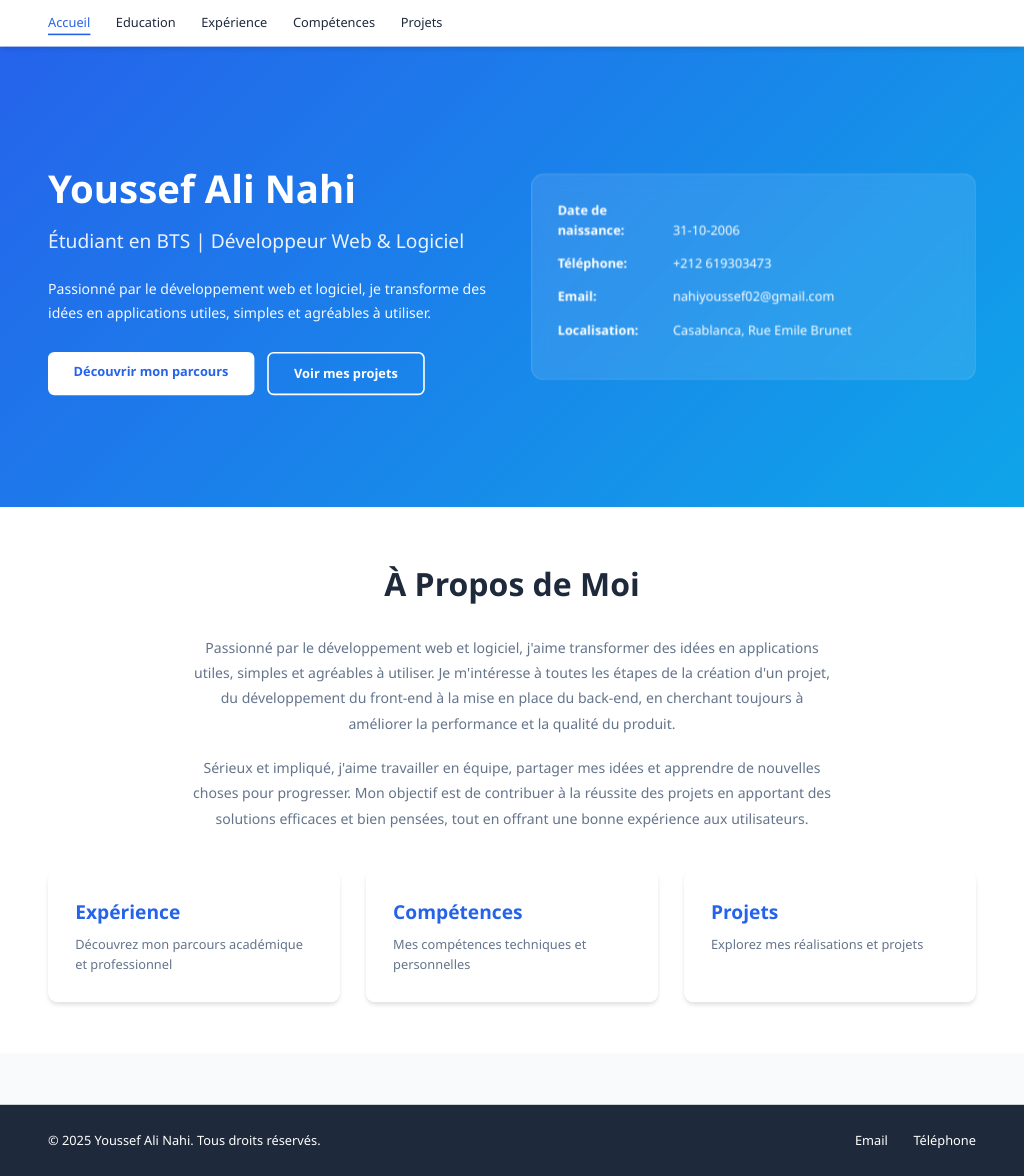
Repository: Youssef-Nahi504/My_Portfolio
Page: index.html
These files come from the project's save history. The page is drawn as it stood at one moment and after the next save; the edit follows.
The browser window is 1280 px wide. The pictures show the whole page, at 80% of full size.

Above is the page before, as saved 2025-12-19 16:10:03.

### index.html
<!DOCTYPE html>
<html lang="fr">
<head>
    <meta charset="UTF-8">
    <meta name="viewport" content="width=device-width, initial-scale=1.0">
    <title>Youssef Ali Nahi - Portfolio</title>
    <link rel="stylesheet" href="style.css">
</head>
<body>
    <nav class="navbar">
        <div class="nav-container">
            <ul class="nav-menu">
                <li><a href="index.html" class="active">Accueil</a></li>
                <li><a href="Education.html">Education</a></li>
                <li><a href="experience.html">Expérience</a></li>
                <li><a href="competences.html">Compétences</a></li>
                <li><a href="projets.html">Projets</a></li>
            </ul>
        </div>
    </nav>

    <main>
        <section class="hero">
            <div class="hero-content">
                <div class="hero-text">
                    <h1>Youssef Ali Nahi</h1>
                    <h2>Étudiant en BTS | Développeur Web & Logiciel</h2>
                    <p class="hero-subtitle">Passionné par le développement web et logiciel, je transforme des idées en applications utiles, simples et agréables à utiliser.</p>
                    <div class="hero-buttons">
                        <a href="experience.html" class="btn btn-primary">Découvrir mon parcours</a>
                        <a href="projets.html" class="btn btn-secondary">Voir mes projets</a>
                    </div>
                </div>
                <div class="hero-image">
                    <div class="profile-card">
                        <div class="profile-info">
                            <p><strong>Date de naissance:</strong> 31-10-2006</p>
                            <p><strong>Téléphone:</strong> +212 619303473</p>
                            <p><strong>Email:</strong> nahiyoussef02@gmail.com</p>
                            <p><strong>Localisation:</strong> Casablanca, Rue Emile Brunet</p>
                        </div>
                    </div>
                </div>
            </div>
        </section>

        <section class="about">
            <div class="container">
                <h2 class="section-title">À Propos de Moi</h2>
                <div class="about-content">
                    <p>
                        Passionné par le développement web et logiciel, j'aime transformer des idées en applications utiles, simples et agréables à utiliser. Je m'intéresse à toutes les étapes de la création d'un projet, du développement du front-end à la mise en place du back-end, en cherchant toujours à améliorer la performance et la qualité du produit.
                    </p>
                    <p>
                        Sérieux et impliqué, j'aime travailler en équipe, partager mes idées et apprendre de nouvelles choses pour progresser. Mon objectif est de contribuer à la réussite des projets en apportant des solutions efficaces et bien pensées, tout en offrant une bonne expérience aux utilisateurs.
                    </p>
                </div>
                <div class="quick-links">
                    <a href="experience.html" class="quick-link-card">
                        <h3>Expérience</h3>
                        <p>Découvrez mon parcours académique et professionnel</p>
                    </a>
                    <a href="competences.html" class="quick-link-card">
                        <h3>Compétences</h3>
                        <p>Mes compétences techniques et personnelles</p>
                    </a>
                    <a href="projets.html" class="quick-link-card">
                        <h3>Projets</h3>
                        <p>Explorez mes réalisations et projets</p>
                    </a>
                </div>
            </div>
        </section>
    </main>

    <footer>
        <div class="container">
            <p>&copy; 2025 Youssef Ali Nahi. Tous droits réservés.</p>
            <div class="footer-links">
                <a href="mailto:nahiyoussef02@gmail.com">Email</a>
                <a href="tel:+212619303473">Téléphone</a>
            </div>
        </div>
    </footer>

    <script src="file.js"></script>
</body>
</html>

### style.css
* {
    margin: 0;
    padding: 0;
    box-sizing: border-box;
}

:root {
    --primary-color: #2563eb;
    --primary-dark: #1e40af;
    --secondary-color: #64748b;
    --accent-color: #0ea5e9;
    --text-dark: #1e293b;
    --text-light: #64748b;
    --bg-light: #f8fafc;
    --bg-white: #ffffff;
    --border-color: #e2e8f0;
    --shadow: 0 4px 6px -1px rgba(0, 0, 0, 0.1), 0 2px 4px -1px rgba(0, 0, 0, 0.06);
    --shadow-lg: 0 10px 15px -3px rgba(0, 0, 0, 0.1), 0 4px 6px -2px rgba(0, 0, 0, 0.05);
}

body {
    font-family: 'Segoe UI', Tahoma, Geneva, Verdana, sans-serif;
    line-height: 1.6;
    color: var(--text-dark);
    background-color: var(--bg-light);
}

.container {
    max-width: 1200px;
    margin: 0 auto;
    padding: 0 20px;
}

/* Navigation */
.navbar {
    background: var(--bg-white);
    box-shadow: var(--shadow);
    position: sticky;
    top: 0;
    z-index: 1000;
    padding: 1rem 0;
}

.nav-container {
    max-width: 1200px;
    margin: 0 auto;
    padding: 0 20px;
    display: flex;
    justify-content: space-between;
    align-items: center;
}

.logo {
    font-size: 1.5rem;
    font-weight: bold;
    color: var(--primary-color);
    letter-spacing: 2px;
}

.nav-menu {
    display: flex;
    list-style: none;
    gap: 2rem;
}

.nav-menu a {
    text-decoration: none;
    color: var(--text-dark);
    font-weight: 500;
    transition: color 0.3s ease;
    position: relative;
}

.nav-menu a:hover,
.nav-menu a.active {
    color: var(--primary-color);
}

.nav-menu a.active::after {
    content: '';
    position: absolute;
    bottom: -5px;
    left: 0;
    width: 100%;
    height: 2px;
    background: var(--primary-color);
}

.hamburger {
    display: none;
    flex-direction: column;
    cursor: pointer;
    gap: 4px;
}

.hamburger span {
    width: 25px;
    height: 3px;
    background: var(--text-dark);
    transition: all 0.3s ease;
}

/* Hero Section */
.hero {
    background: linear-gradient(135deg, var(--primary-color) 0%, var(--accent-color) 100%);
    color: white;
    padding: 4rem 0;
    min-height: 80vh;
    display: flex;
    align-items: center;
}

.hero-content {
    max-width: 1200px;
    margin: 0 auto;
    padding: 0 20px;
    display: grid;
    grid-template-columns: 1fr 1fr;
    gap: 3rem;
    align-items: center;
}

.hero-text h1 {
    font-size: 3rem;
    margin-bottom: 0.5rem;
    font-weight: 700;
}

.hero-text h2 {
    font-size: 1.5rem;
    margin-bottom: 1.5rem;
    opacity: 0.9;
    font-weight: 400;
}

.hero-subtitle {
    font-size: 1.1rem;
    margin-bottom: 2rem;
    opacity: 0.95;
    line-height: 1.8;
}

.hero-buttons {
    display: flex;
    gap: 1rem;
    flex-wrap: wrap;
}

.btn {
    padding: 0.75rem 2rem;
    border-radius: 8px;
    text-decoration: none;
    font-weight: 600;
    transition: all 0.3s ease;
    display: inline-block;
}

.btn-primary {
    background: white;
    color: var(--primary-color);
}

.btn-primary:hover {
    transform: translateY(-2px);
    box-shadow: var(--shadow-lg);
}

.btn-secondary {
    background: transparent;
    color: white;
    border: 2px solid white;
}

.btn-secondary:hover {
    background: white;
    color: var(--primary-color);
}

.profile-card {
    background: rgba(255, 255, 255, 0.1);
    backdrop-filter: blur(10px);
    border-radius: 16px;
    padding: 2rem;
    border: 1px solid rgba(255, 255, 255, 0.2);
}

.profile-info p {
    margin-bottom: 1rem;
    font-size: 1rem;
}

.profile-info strong {
    display: inline-block;
    width: 140px;
}

/* About Section */
.about {
    padding: 4rem 0;
    background: var(--bg-white);
}

.section-title {
    font-size: 2.5rem;
    margin-bottom: 2rem;
    text-align: center;
    color: var(--text-dark);
}

.about-content {
    max-width: 800px;
    margin: 0 auto 3rem;
    text-align: center;
}

.about-content p {
    font-size: 1.1rem;
    color: var(--text-light);
    margin-bottom: 1.5rem;
    line-height: 1.8;
}

.quick-links {
    display: grid;
    grid-template-columns: repeat(auto-fit, minmax(250px, 1fr));
    gap: 2rem;
    margin-top: 3rem;
}

.quick-link-card {
    background: var(--bg-white);
    padding: 2rem;
    border-radius: 12px;
    text-decoration: none;
    color: var(--text-dark);
    box-shadow: var(--shadow);
    transition: all 0.3s ease;
    border: 2px solid transparent;
}

.quick-link-card:hover {
    transform: translateY(-5px);
    box-shadow: var(--shadow-lg);
    border-color: var(--primary-color);
}

.quick-link-card h3 {
    color: var(--primary-color);
    margin-bottom: 0.5rem;
    font-size: 1.5rem;
}

.quick-link-card p {
    color: var(--text-light);
}

/* Page Header */
.page-header {
    background: linear-gradient(135deg, var(--primary-color) 0%, var(--accent-color) 100%);
    color: white;
    padding: 3rem 0;
    text-align: center;
}

.page-header h1 {
    font-size: 3rem;
    margin-bottom: 0.5rem;
}

.page-header p {
    font-size: 1.2rem;
    opacity: 0.9;
}

/* Experience Section */
.experience-section {
    padding: 4rem 0;
    background: var(--bg-white);
}

.timeline {
    position: relative;
    max-width: 900px;
    margin: 0 auto;
    padding: 2rem 0;
}

.timeline::before {
    content: '';
    position: absolute;
    left: 30px;
    top: 0;
    bottom: 0;
    width: 2px;
    background: var(--border-color);
}

.timeline-item {
    position: relative;
    margin-bottom: 3rem;
    padding-left: 80px;
}

.timeline-marker {
    position: absolute;
    left: 22px;
    top: 0;
    width: 16px;
    height: 16px;
    border-radius: 50%;
    background: var(--primary-color);
    border: 4px solid var(--bg-white);
    box-shadow: var(--shadow);
}

.timeline-content {
    background: var(--bg-white);
    padding: 2rem;
    border-radius: 12px;
    box-shadow: var(--shadow);
    transition: all 0.3s ease;
}

.timeline-content:hover {
    box-shadow: var(--shadow-lg);
    transform: translateX(5px);
}

.timeline-date {
    color: var(--primary-color);
    font-weight: 600;
    margin-bottom: 0.5rem;
    font-size: 0.9rem;
}

.timeline-content h3 {
    color: var(--text-dark);
    margin-bottom: 0.25rem;
    font-size: 1.5rem;
}

.timeline-content h4 {
    color: var(--text-light);
    margin-bottom: 1rem;
    font-weight: 500;
}

.timeline-content ul {
    list-style: none;
    padding-left: 0;
}

.timeline-content li {
    padding-left: 1.5rem;
    position: relative;
    margin-bottom: 0.5rem;
    color: var(--text-light);
}

.timeline-content li::before {
    content: '▸';
    position: absolute;
    left: 0;
    color: var(--primary-color);
}

/* Education Section */
.education-section {
    padding: 4rem 0;
    background: var(--bg-light);
}

.education-grid {
    display: grid;
    grid-template-columns: repeat(auto-fit, minmax(300px, 1fr));
    gap: 2rem;
    max-width: 900px;
    margin: 0 auto;
}

.education-card {
    background: var(--bg-white);
    padding: 2rem;
    border-radius: 12px;
    box-shadow: var(--shadow);
    transition: all 0.3s ease;
    border-top: 4px solid var(--primary-color);
}

.education-card:hover {
    transform: translateY(-5px);
    box-shadow: var(--shadow-lg);
}

.education-year {
    color: var(--primary-color);
    font-weight: 600;
    margin-bottom: 1rem;
    font-size: 0.9rem;
}

.education-card h3 {
    color: var(--text-dark);
    margin-bottom: 0.5rem;
    font-size: 1.3rem;
}

.education-card h4 {
    color: var(--text-light);
    margin-bottom: 1rem;
    font-weight: 500;
}

.education-institution {
    color: var(--text-light);
    font-style: italic;
}

/* Skills Section */
.skills-section {
    padding: 4rem 0;
    background: var(--bg-white);
}

.skills-category {
    margin-bottom: 4rem;
}

.category-title {
    font-size: 2rem;
    margin-bottom: 2rem;
    color: var(--text-dark);
    text-align: center;
}

.skills-grid {
    display: grid;
    grid-template-columns: repeat(auto-fit, minmax(250px, 1fr));
    gap: 2rem;
}

.skill-group {
    background: var(--bg-light);
    padding: 1.5rem;
    border-radius: 12px;
    border-left: 4px solid var(--primary-color);
}

.skill-group h3 {
    color: var(--text-dark);
    margin-bottom: 1rem;
    font-size: 1.2rem;
}

.skill-tags {
    display: flex;
    flex-wrap: wrap;
    gap: 0.5rem;
}

.skill-tag {
    background: var(--primary-color);
    color: white;
    padding: 0.5rem 1rem;
    border-radius: 20px;
    font-size: 0.9rem;
    font-weight: 500;
}

.soft-skills-grid {
    display: grid;
    grid-template-columns: repeat(auto-fit, minmax(200px, 1fr));
    gap: 1.5rem;
}

.soft-skill-card {
    background: linear-gradient(135deg, var(--primary-color) 0%, var(--accent-color) 100%);
    color: white;
    padding: 2rem;
    border-radius: 12px;
    text-align: center;
    transition: all 0.3s ease;
}

.soft-skill-card:hover {
    transform: translateY(-5px);
    box-shadow: var(--shadow-lg);
}

.soft-skill-card h3 {
    font-size: 1.2rem;
}

.languages-grid,
.interests-grid {
    display: grid;
    grid-template-columns: repeat(auto-fit, minmax(200px, 1fr));
    gap: 1.5rem;
}

.language-card,
.interest-card {
    background: var(--bg-white);
    padding: 2rem;
    border-radius: 12px;
    box-shadow: var(--shadow);
    text-align: center;
    transition: all 0.3s ease;
    border-top: 4px solid var(--accent-color);
}

.language-card:hover,
.interest-card:hover {
    transform: translateY(-5px);
    box-shadow: var(--shadow-lg);
}

.language-card h3,
.interest-card h3 {
    color: var(--text-dark);
    margin-bottom: 0.5rem;
    font-size: 1.3rem;
}

.language-card p {
    color: var(--text-light);
    font-weight: 500;
}

/* Projects Section */
.projects-section {
    padding: 4rem 0;
    background: var(--bg-white);
}

.projects-grid {
    display: grid;
    grid-template-columns: repeat(auto-fit, minmax(300px, 1fr));
    gap: 2rem;
}

.project-card {
    background: var(--bg-white);
    padding: 2rem;
    border-radius: 12px;
    box-shadow: var(--shadow);
    transition: all 0.3s ease;
    border-top: 4px solid var(--primary-color);
}

.project-card:hover {
    transform: translateY(-5px);
    box-shadow: var(--shadow-lg);
}

.project-icon {
    font-size: 3rem;
    margin-bottom: 1rem;
}

.project-card h3 {
    color: var(--text-dark);
    margin-bottom: 0.75rem;
    font-size: 1.4rem;
}

.project-tech {
    color: var(--primary-color);
    font-weight: 600;
    margin-bottom: 1rem;
    font-size: 0.9rem;
}

.project-description {
    color: var(--text-light);
    line-height: 1.7;
}

/* Footer */
footer {
    background: var(--text-dark);
    color: white;
    padding: 2rem 0;
    margin-top: 4rem;
}

footer .container {
    display: flex;
    justify-content: space-between;
    align-items: center;
    flex-wrap: wrap;
    gap: 1rem;
}

.footer-links {
    display: flex;
    gap: 2rem;
}

.footer-links a {
    color: white;
    text-decoration: none;
    transition: color 0.3s ease;
}

.footer-links a:hover {
    color: var(--accent-color);
}

/* Responsive Design */
@media (max-width: 768px) {
    .hamburger {
        display: flex;
    }

    .nav-menu {
        position: fixed;
        left: -100%;
        top: 70px;
        flex-direction: column;
        background: var(--bg-white);
        width: 100%;
        text-align: center;
        transition: 0.3s;
        box-shadow: var(--shadow);
        padding: 2rem 0;
        gap: 0;
    }

    .nav-menu.active {
        left: 0;
    }

    .nav-menu li {
        margin: 1rem 0;
    }

    .hero-content {
        grid-template-columns: 1fr;
        text-align: center;
    }

    .hero-text h1 {
        font-size: 2rem;
    }

    .hero-text h2 {
        font-size: 1.2rem;
    }

    .section-title {
        font-size: 2rem;
    }

    .page-header h1 {
        font-size: 2rem;
    }

    .timeline::before {
        left: 15px;
    }

    .timeline-item {
        padding-left: 50px;
    }

    .timeline-marker {
        left: 7px;
    }

    .quick-links {
        grid-template-columns: 1fr;
    }

    footer .container {
        flex-direction: column;
        text-align: center;
    }
}

@media (max-width: 480px) {
    .hero {
        padding: 2rem 0;
        min-height: auto;
    }

    .hero-text h1 {
        font-size: 1.5rem;
    }

    .btn {
        padding: 0.6rem 1.5rem;
        font-size: 0.9rem;
    }

    .projects-grid,
    .education-grid {
        grid-template-columns: 1fr;
    }
}

### file.js
// Mobile Navigation Toggle
const hamburger = document.querySelector('.hamburger');
const navMenu = document.querySelector('.nav-menu');

if (hamburger && navMenu) {
    hamburger.addEventListener('click', () => {
        navMenu.classList.toggle('active');

        // Animate hamburger
        const spans = hamburger.querySelectorAll('span');
        if (navMenu.classList.contains('active')) {
            spans[0].style.transform = 'rotate(45deg) translate(5px, 5px)';
            spans[1].style.opacity = '0';
            spans[2].style.transform = 'rotate(-45deg) translate(7px, -6px)';
        } else {
            spans[0].style.transform = 'none';
            spans[1].style.opacity = '1';
            spans[2].style.transform = 'none';
        }
    });

    // Close menu when clicking on a link
    document.querySelectorAll('.nav-menu a').forEach(link => {
        link.addEventListener('click', () => {
            navMenu.classList.remove('active');
            const spans = hamburger.querySelectorAll('span');
            spans[0].style.transform = 'none';
            spans[1].style.opacity = '1';
            spans[2].style.transform = 'none';
        });
    });

    // Close menu when clicking outside
    document.addEventListener('click', (e) => {
        if (!hamburger.contains(e.target) && !navMenu.contains(e.target)) {
            navMenu.classList.remove('active');
            const spans = hamburger.querySelectorAll('span');
            spans[0].style.transform = 'none';
            spans[1].style.opacity = '1';
            spans[2].style.transform = 'none';
        }
    });
}

// Smooth scroll for anchor links
document.querySelectorAll('a[href^="#"]').forEach(anchor => {
    anchor.addEventListener('click', function (e) {
        e.preventDefault();
        const target = document.querySelector(this.getAttribute('href'));
        if (target) {
            target.scrollIntoView({
                behavior: 'smooth',
                block: 'start'
            });
        }
    });
});

// Add scroll animation
const observerOptions = {
    threshold: 0.1,
    rootMargin: '0px 0px -50px 0px'
};

const observer = new IntersectionObserver((entries) => {
    entries.forEach(entry => {
        if (entry.isIntersecting) {
            entry.target.style.opacity = '1';
            entry.target.style.transform = 'translateY(0)';
        }
    });
}, observerOptions);

// Observe elements for animation
document.addEventListener('DOMContentLoaded', () => {
    const animateElements = document.querySelectorAll('.project-card, .education-card, .timeline-item, .skill-group, .soft-skill-card, .language-card, .interest-card, .quick-link-card');

    animateElements.forEach(el => {
        el.style.opacity = '0';
        el.style.transform = 'translateY(20px)';
        el.style.transition = 'opacity 0.6s ease, transform 0.6s ease';
        observer.observe(el);
    });
});

// Add active page highlighting
document.addEventListener('DOMContentLoaded', () => {
    const currentPage = window.location.pathname.split('/').pop() || 'index.html';
    const navLinks = document.querySelectorAll('.nav-menu a');

    navLinks.forEach(link => {
        const linkPage = link.getAttribute('href');
        if (linkPage === currentPage || (currentPage === '' && linkPage === 'index.html')) {
            link.classList.add('active');
        } else {
            link.classList.remove('active');
        }
    });
});

After the next save:
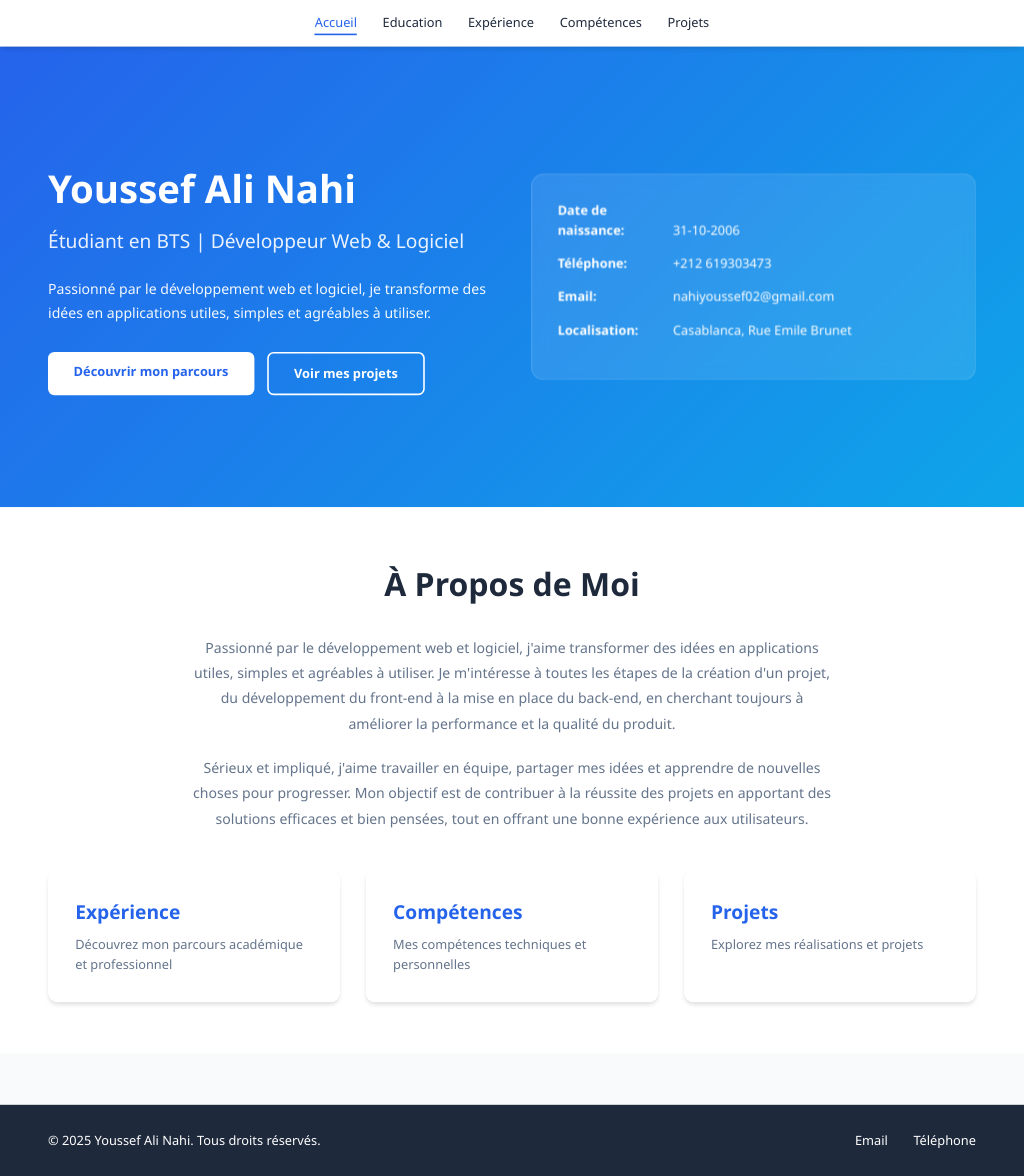
Saved 68 s later.
--- a/style.css
+++ b/style.css
@@ -46,8 +46,8 @@ body {
     margin: 0 auto;
     padding: 0 20px;
     display: flex;
-    justify-content: space-between;
-    align-items: center;
+  justify-content: center; /* horizontal */
+  align-items: center;
 }
 
 .logo {
